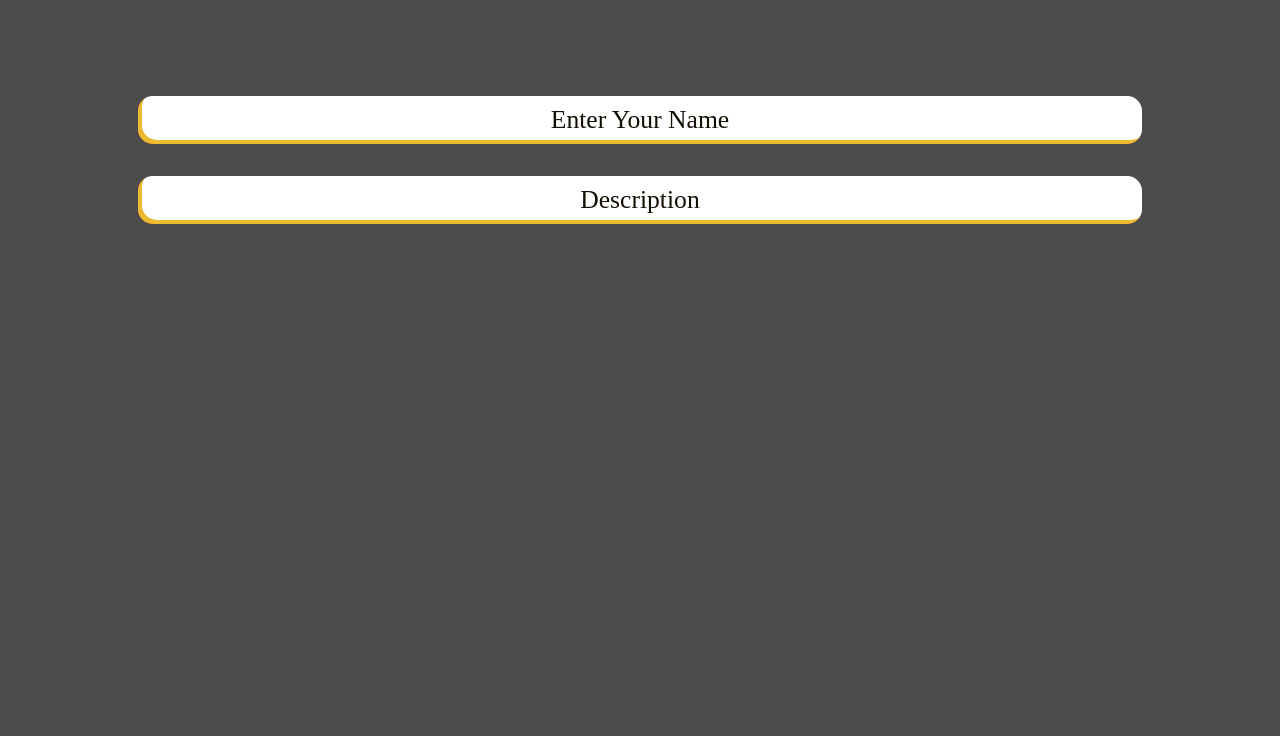
Repository: Haneef-Shaik/Greetings
Page: /
The author's editor kept a copy of each file at every save. The page is drawn from the files as they stood at one save, then again after the next save.
The browser window is 1280 px wide. The pictures show the whole page.
The project was rebuilt for these pictures with package versions that can differ from the ones it lists, and the page was loaded fresh each time. The framework's server and built-in components were replaced by stand-ins that run in the browser. Also part of the build but not shown: next.config.js, styles/card.module.scss, components/card.js, styles/socialShare.module.scss, components/socialShare.js.

Above is the page before, as saved 2021-12-01 20:35:32.

After the next save:
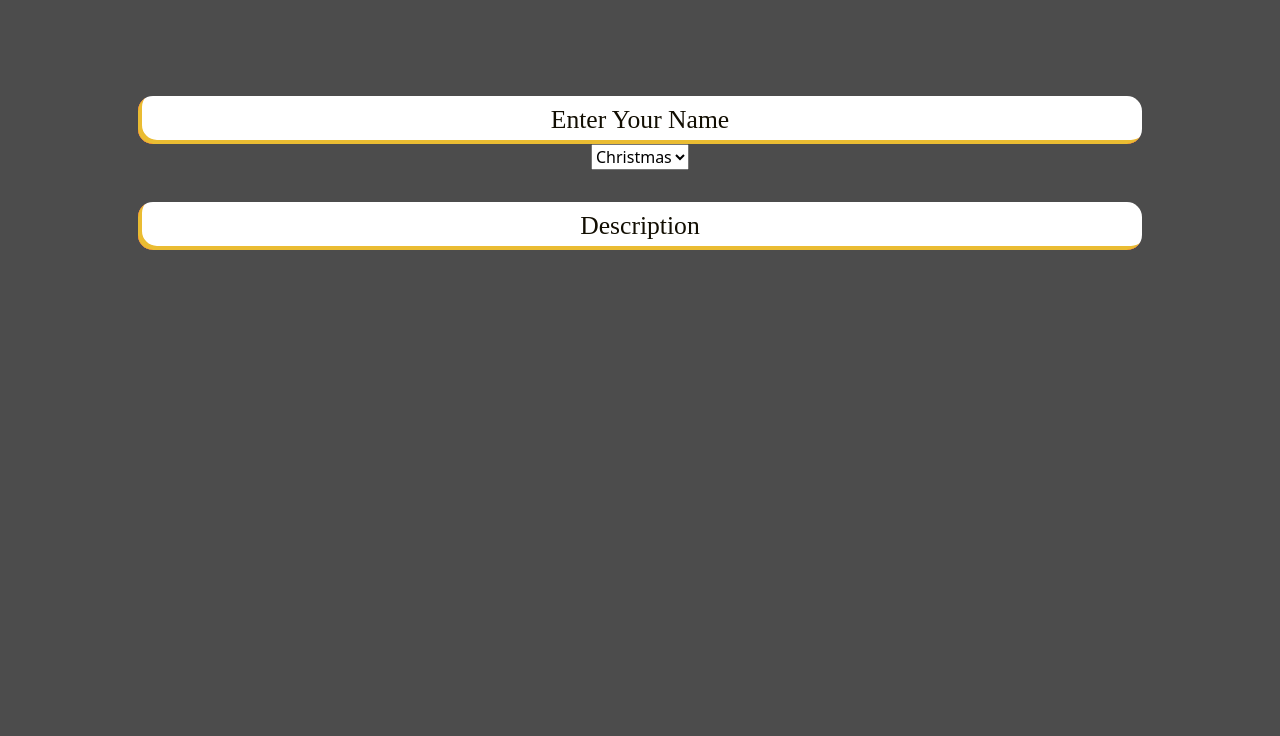
Saved 2 min 4 s later.
--- a/components/form.js
+++ b/components/form.js
@@ -15,6 +15,12 @@ function Edit() {
                         <div className={styles.formContainer} >
                             <form className="formStyle">
                                 <input type="text" placeholder="Enter Your Name" className="col-12" required />
+
+                                <select name="festival" >
+                                    <option value="christmas">Christmas</option>
+                                    <option value="newyear">New Year</option>
+                                </select>
+
                                 <input type="text" placeholder="Description" className="col-12" optional />
 
                             </form>
